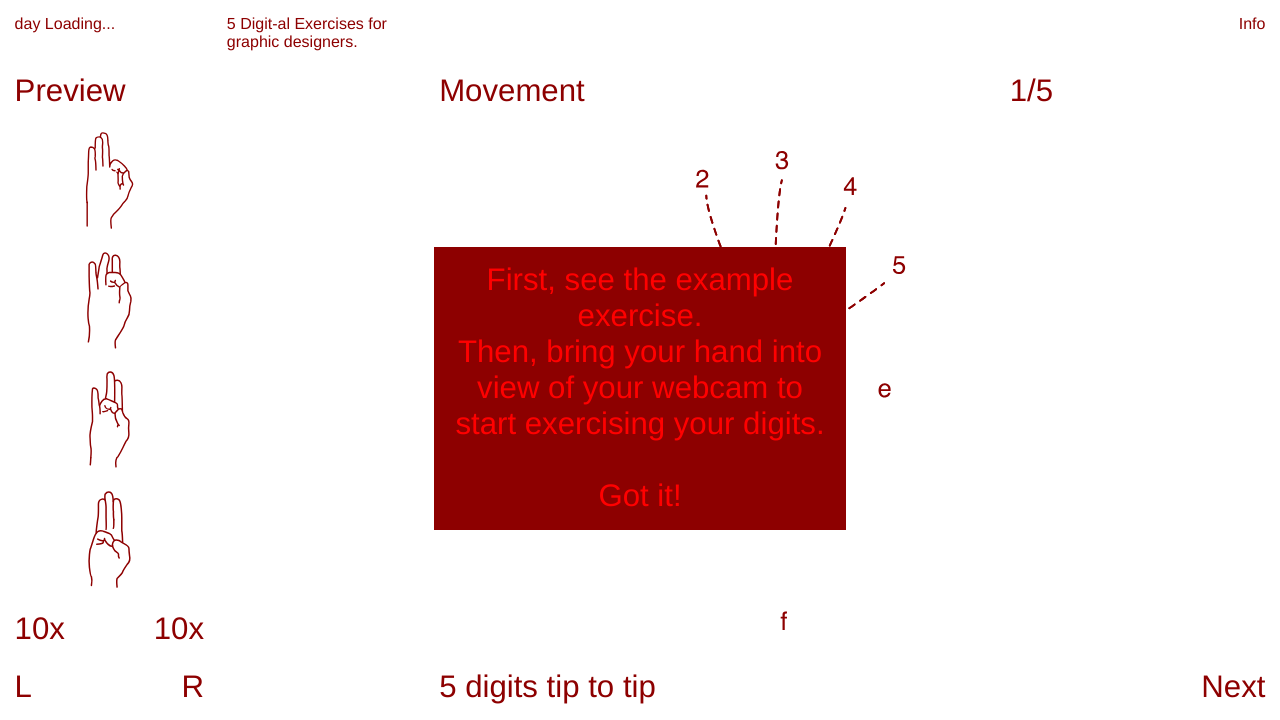
Repository: NoIdeasStudio/holiday-card-2024
Page: movements.html
These files come from the project's save history. The page is drawn as it stood at one moment and after the next save; the edit follows.
The browser window is 1280 px wide. The pictures show the whole page.

Above is the page before, as saved 2024-12-12 16:26:38.

### movements.html
<!DOCTYPE html>
<html lang="en">
<head>
    <meta charset="UTF-8">
    <meta name="viewport" content="width=device-width, initial-scale=1.0">
    <title>digit-al exercises</title>
    <link rel="stylesheet" href="style.css">
</head>
<body>

    <div class="wrapper">



        <!-- landmarks -->
        <div id="wrist-div-0" class="landmark-div large-text"></div>
        <div id="mcp-div-0-0" class="landmark-div large-text"></div>
        <div id="mcp-div-0-1" class="landmark-div large-text"></div>
        <div id="mcp-div-0-2" class="landmark-div large-text"></div>
        <div id="mcp-div-0-3" class="landmark-div large-text"></div>
        <div id="mcp-div-0-4" class="landmark-div large-text"></div>
        <div id="mcp-div-0-5" class="landmark-div large-text"></div>
        <div id="tip-div-0-0" class="landmark-div large-text"></div>
        <div id="tip-div-0-1" class="landmark-div large-text"></div>
        <div id="tip-div-0-2" class="landmark-div large-text"></div>
        <div id="tip-div-0-3" class="landmark-div large-text"></div>
        <div id="tip-div-0-4" class="landmark-div large-text"></div>
        <div id="tip-div-0-5" class="landmark-div large-text"></div>
        <div id="wrist-div-1" class="landmark-div large-text"></div>
        <div id="mcp-div-1-0" class="landmark-div large-text"></div>
        <div id="mcp-div-1-1" class="landmark-div large-text"></div>
        <div id="mcp-div-1-2" class="landmark-div large-text"></div>
        <div id="mcp-div-1-3" class="landmark-div large-text"></div>
        <div id="mcp-div-1-4" class="landmark-div large-text"></div>
        <div id="mcp-div-1-5" class="landmark-div large-text"></div>
        <div id="tip-div-1-0" class="landmark-div large-text"></div>
        <div id="tip-div-1-1" class="landmark-div large-text"></div>
        <div id="tip-div-1-2" class="landmark-div large-text"></div>
        <div id="tip-div-1-3" class="landmark-div large-text"></div>
        <div id="tip-div-1-4" class="landmark-div large-text"></div>
        <div id="tip-div-1-5" class="landmark-div large-text"></div>

        <div class="large-text-light popup">First, see the example exercise. <br> Then, bring your hand into view of your webcam to start exercising your digits. <br><br><span id="got-it">Got it!</span></div>

        <header class="small-text header-1">day <span id="day-counter">Loading...</span></header>
        <header class="small-text header-2">5 Digit-al Exercises for graphic designers.</header>
        <header class="small-text header-3"><a href="./info.html">Info</a></header>

        <!-- Preview, illustrations of the exercises -->
        <content class="large-text content-header-1">Preview</content>
                <div class="img-1"><img src="./Svgs/exercise-1-1.svg" alt="touch thumb to index" height="100%" width="100%" /></div>
                <div class="img-2"><img src="./Svgs/exercise-1-2.svg" alt="touch thumb to middle" height="100%" width="100%" /></div>
                <div class="img-3"><img src="./Svgs/exercise-1-3.svg" alt="touch thumb to ring" height="100%" width="100%" /></div>
                <div class="img-4"><img src="./Svgs/exercise-1-4.svg" alt="touch thumb to pinky" height="100%" width="100%" /></div>

        <footer class="large-text content-footer-1">10x 10x</footer>

        <footer class="large-text content-footer-2">L R</footer>

        <!-- Movement, videos of the movement -->
        <content class="large-text content-header-2"><a href="http://">Movement</a></content>
                <div class="movement-video"> <img src="./Svgs/movement-1.svg" alt="touch thumb to index" height="100%" width="100%" /></div>
        <content class="large-text content-header-3">1/5</content>



        <footer class="large-text content-footer-3">5 digits tip to tip</footer>
        <footer class="large-text content-footer-4"><a href="./exercise-2.html">Next</a></footer>

    </div>

</body>

</html>

### style.css

* {
    box-sizing: border-box;
    color: #8D0000;
    margin: 0%;
    padding: 0%;
  }
  body{
    background-color: transparent;
  }
  .wrapper {
    height: 100vh;
    width: 100vw;
    position: fixed;
    margin: 0 auto;
    display: grid;
    grid-template-columns: repeat(6, [col-start] 4fr);
    grid-template-rows: repeat(16, [row-start] 4fr);
    gap: .8rem;
    padding: .6rem;

  }

  .back{
    background-color: #FF0000;
    width: 100vw;
    height: 100vh;
    z-index: -3;
  }

  /* all the landmarks */

  .landmark-div {
    position: absolute;
    transform: translate(-50%, -50%); /* Center the div at the wrist position */
  }

  .wrapper > * {
    padding: 5px;
  }

  .popup{
    /* position: fixed; */
    position: absolute;
    background-color: #8D0000;
    text-align: center;
    justify-content: center;
    grid-column: col-start 3 / span 2;
    padding: .5em;
    grid-row: 6;
  }
  #got-it{
    color: #FF0000;
  }

  .large-text{
    font: 1.95em Helvetica, arial, sans-serif;
  }
  .large-text-light{
    font: 1.95em Helvetica, arial, sans-serif;
    color: #FF0000;
  }
  .small-text{
    font: 1em Helvetica, arial, sans-serif;
  }
  a{
    text-decoration: none;
  }
  a:hover{
    text-decoration: underline dashed ;
    text-underline-offset: .15em;
  }

  span{
    text-decoration: none;
  }
  span:hover{
    text-decoration: underline dashed ;
    text-underline-offset: .15em;
  }

  .header-1{
    grid-column: col-start 1 / span 1;
    grid-row: 1 / 1;
  }
  .header-2{
    grid-column: col-start 2 / span 1;
    grid-row: 1 / 1;
  }
  .header-3{
    grid-column: col-start 6 / span 1;
    grid-row: 1 / 1;
    text-align: right;
  }

    /* Preview */
    .content-header-1{
        grid-column: col-start 1 / span 1;
        grid-row: 2 ;
    }
            .img-1{
                grid-column: col-start 1 / span 1;
                grid-row: 3 / 6;
            }
            .img-2{
                grid-column: col-start 1 / span 1;
                grid-row: 6/ 9;
            }
            .img-3{
                grid-column: col-start 1 / span 1;
                grid-row: 9 / 12;
            }
            .img-4{
                grid-column: col-start 1 / span 1;
                grid-row: 12 / 15;
            }

/* Movement */
  .content-header-2{
    grid-column: col-start 3 / span 2;
    grid-row: 2 ;
    display: block;
  }
  .content-header-2-mobile{
    grid-column: col-start 3 / span 2;
    grid-row: 2 ;
    display: none;
  }
            .movement-video{
                background-color: transparent;
                grid-column: col-start 3 / span 3;
                grid-row: 3 / 16 ;
            }

            .content-info{
                grid-column: col-start 3 / span 3;
                grid-row: 3 / 16 ;
            }

  .content-header-3{
    grid-column: col-start 5 / span 1;
    grid-row: 2 ;
    text-align: right;
    z-index: 2;
  }

            canvas {
                width: 100vw;  /* Set width to 100% of the viewport width */
                height: 120vh; /* Set height to 100% of the viewport height */
                position: fixed;
                margin: 0%;
                padding: 0em;
                left: 0em;
                top: 0em;
                z-index: -2;
             }
            video{
                display: none;
            }


  .content-header-4{
    grid-column: col-start 6 / span 1;
    grid-row: 2 ;
    text-align: right;
    display: block;
  }
  .content-header-4-mobile{
    grid-column: col-start 6 / span 1;
    grid-row: 2 ;
    text-align: right;
    display: none;
  }

  .content-footer-1{
    grid-column: col-start 1 / span 1;
    grid-row: 15 ;
    text-align-last: justify;
    vertical-align: bottom;
  }
  .content-footer-2{
    grid-column: col-start 1 / span 1;
    grid-row: 16 ;
    text-align-last: justify;
    vertical-align: bottom;
  }
  .content-footer-3{
    grid-column: col-start 3 / span 2;
    grid-row: 16 ;
  }
  .content-footer-4{
    grid-column: col-start 5 / span 2;
    grid-row: 16 ;
    text-align: right;
  }

  .content-footer-4b{
    grid-column: col-start 5 / span 2;
    grid-row: 16 ;
    text-align: right;
  }



  @media (max-width: 1070px) {

    .wrapper {
        height: 100vh;
        width: 100vw;
        position: fixed;
        margin: 0 auto;
        display: grid;
        grid-template-columns: repeat(6, [col-start] 4fr);
        grid-template-rows: repeat(16, [row-start] 4fr);
        gap: 0rem;
        padding: .6rem;
      }

      .popup{
        /* position: fixed; */
        position: absolute;
        background-color: #8D0000;
        text-align: center;
        justify-content: center;
        grid-column: col-start 2 / span 4;
        padding: .5em;
        grid-row: 4 / 6;
      }

      .header-1{
        grid-column: col-start 1 / span 2;
        grid-row: 1 / 1;
      }

      .header-2{
        grid-column: col-start 3 / span 3;
        grid-row: 1 / 1;
      }

      .header-3{
        grid-column: col-start 6 / span 1;
        grid-row: 1 / 1;
        text-align: right;
      }

    /* Preview */
    .content-header-1{
        grid-column: col-start 2 / span 4;
        grid-row: 13 / 16 ;
        display: none;
    }
            .img-1{
                grid-column: col-start 2 / span 1;
                grid-row: 14 / 16;
                vertical-align: bottom;
                margin-top: 3%;
            }
            .img-2{
                grid-column: col-start 3 / span 1;
                grid-row: 14 / 16;
                vertical-align: bottom;
                margin-top: 3%;
            }
            .img-3{
                grid-column: col-start 4 / span 1;
                grid-row: 14 / 16;
                margin-top: 3%;
                vertical-align: bottom;
            }
            .img-4{
                grid-column: col-start 5 / span 1;
                grid-row: 14 / 16;
                vertical-align: bottom;
                margin-top: 3%;
            }

.content-header-2{
    display: none;
}
.content-header-2-mobile{
    grid-column: col-start 1 / span 2;
    grid-row: 2 ;
    display: block;
  }
        .movement-video{
            background-color: transparent;
            grid-column: col-start 1 / span 6;
            grid-row: 2 / 14 ;
        }

        .content-info{
            grid-column: col-start 1 / span 6;
            grid-row: 3 / 15 ;
        }

 .content-header-3{
    grid-column: col-start 1 / span 1;
    grid-row: 2 ;
    text-align: left;
    z-index: 2;
 }

                        canvas {
                            width: 100vw;  /* Set width to 100% of the viewport width */
                            height: 100vh; /* Set height to 100% of the viewport height */
                            position: fixed;
                            margin: 0%;
                            padding: 0em;
                            left: 0em;
                            top: 0em;
                            z-index: -2;
                         }
                        video{
                            display: none;
                        }


  .content-header-4{
    display: none;
  }

  .content-header-4-mobile{
    grid-column: col-start 6 / span 1;
    grid-row: 2 ;
    text-align: right;
    display: block;
  }

  .content-footer-1{
    grid-column: col-start 1 / span 6;
    grid-row: 15 ;
    text-align-last: justify;
    vertical-align: bottom;
  }
  .content-footer-2{
    grid-column: col-start 1 / span 6;
    grid-row: 16 ;
    text-align-last: justify;
    vertical-align: bottom;
  }
  .content-footer-3{
    display: none;
  }
  .content-footer-4{
    grid-column: col-start 5 / span 2;
    grid-row: 2 ;
    text-align: right;
  }

  .content-footer-4b{
    grid-column: col-start 5 / span 2;
    grid-row: 12 ;
    text-align: right;
  }

  }

After the next save:
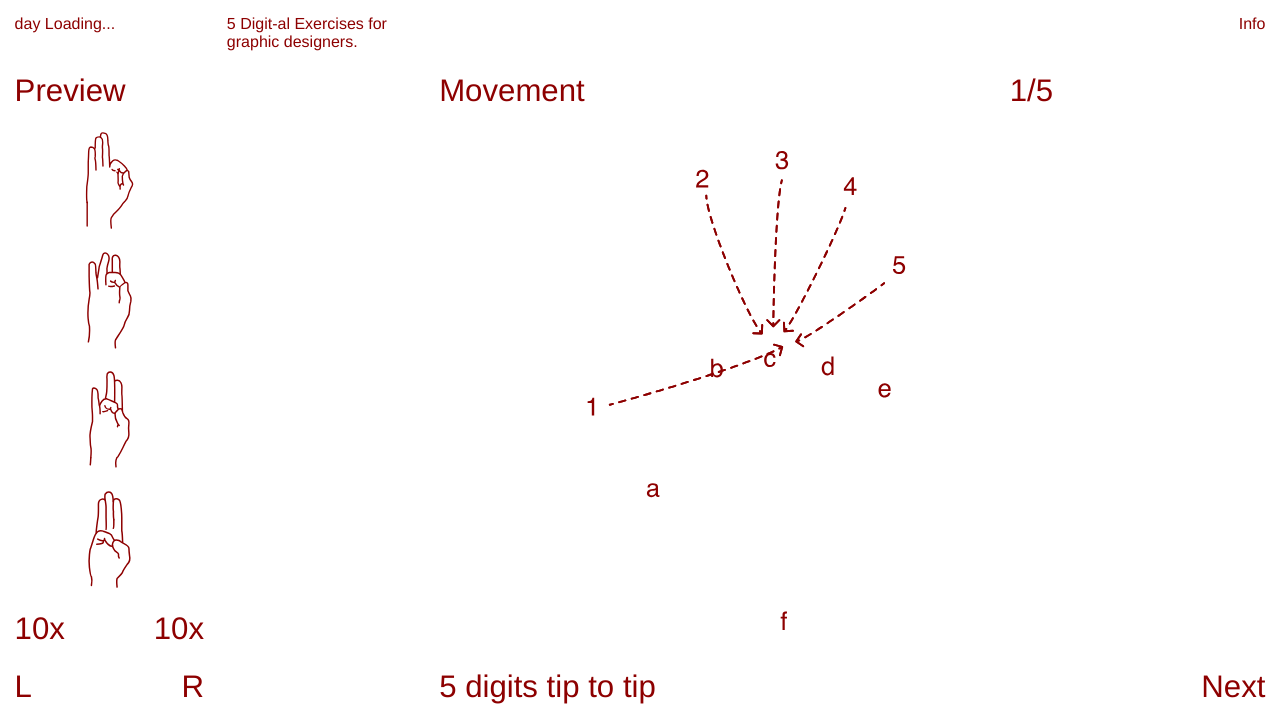
Saved 14 s later.
--- a/movements.html
+++ b/movements.html
@@ -10,37 +10,6 @@
 
     <div class="wrapper">
 
-
-
-        <!-- landmarks -->
-        <div id="wrist-div-0" class="landmark-div large-text"></div>
-        <div id="mcp-div-0-0" class="landmark-div large-text"></div>
-        <div id="mcp-div-0-1" class="landmark-div large-text"></div>
-        <div id="mcp-div-0-2" class="landmark-div large-text"></div>
-        <div id="mcp-div-0-3" class="landmark-div large-text"></div>
-        <div id="mcp-div-0-4" class="landmark-div large-text"></div>
-        <div id="mcp-div-0-5" class="landmark-div large-text"></div>
-        <div id="tip-div-0-0" class="landmark-div large-text"></div>
-        <div id="tip-div-0-1" class="landmark-div large-text"></div>
-        <div id="tip-div-0-2" class="landmark-div large-text"></div>
-        <div id="tip-div-0-3" class="landmark-div large-text"></div>
-        <div id="tip-div-0-4" class="landmark-div large-text"></div>
-        <div id="tip-div-0-5" class="landmark-div large-text"></div>
-        <div id="wrist-div-1" class="landmark-div large-text"></div>
-        <div id="mcp-div-1-0" class="landmark-div large-text"></div>
-        <div id="mcp-div-1-1" class="landmark-div large-text"></div>
-        <div id="mcp-div-1-2" class="landmark-div large-text"></div>
-        <div id="mcp-div-1-3" class="landmark-div large-text"></div>
-        <div id="mcp-div-1-4" class="landmark-div large-text"></div>
-        <div id="mcp-div-1-5" class="landmark-div large-text"></div>
-        <div id="tip-div-1-0" class="landmark-div large-text"></div>
-        <div id="tip-div-1-1" class="landmark-div large-text"></div>
-        <div id="tip-div-1-2" class="landmark-div large-text"></div>
-        <div id="tip-div-1-3" class="landmark-div large-text"></div>
-        <div id="tip-div-1-4" class="landmark-div large-text"></div>
-        <div id="tip-div-1-5" class="landmark-div large-text"></div>
-
-        <div class="large-text-light popup">First, see the example exercise. <br> Then, bring your hand into view of your webcam to start exercising your digits. <br><br><span id="got-it">Got it!</span></div>
 
         <header class="small-text header-1">day <span id="day-counter">Loading...</span></header>
         <header class="small-text header-2">5 Digit-al Exercises for graphic designers.</header>

After the 2 saves that followed:
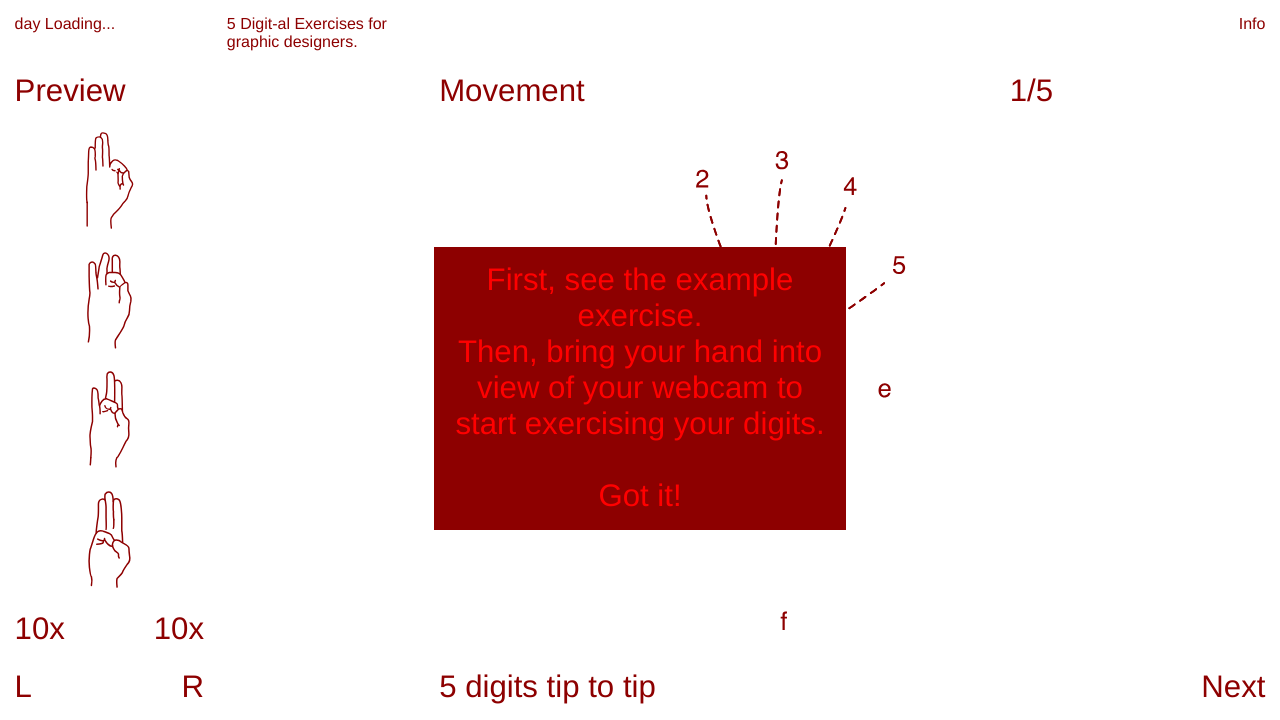
The 2 saves are shown as one change because they came seconds apart.
The last was saved 2 min 33 s later.
--- a/movements.html
+++ b/movements.html
@@ -10,6 +10,37 @@
 
     <div class="wrapper">
 
+
+
+        <!-- landmarks -->
+        <div id="wrist-div-0" class="landmark-div large-text"></div>
+        <div id="mcp-div-0-0" class="landmark-div large-text"></div>
+        <div id="mcp-div-0-1" class="landmark-div large-text"></div>
+        <div id="mcp-div-0-2" class="landmark-div large-text"></div>
+        <div id="mcp-div-0-3" class="landmark-div large-text"></div>
+        <div id="mcp-div-0-4" class="landmark-div large-text"></div>
+        <div id="mcp-div-0-5" class="landmark-div large-text"></div>
+        <div id="tip-div-0-0" class="landmark-div large-text"></div>
+        <div id="tip-div-0-1" class="landmark-div large-text"></div>
+        <div id="tip-div-0-2" class="landmark-div large-text"></div>
+        <div id="tip-div-0-3" class="landmark-div large-text"></div>
+        <div id="tip-div-0-4" class="landmark-div large-text"></div>
+        <div id="tip-div-0-5" class="landmark-div large-text"></div>
+        <div id="wrist-div-1" class="landmark-div large-text"></div>
+        <div id="mcp-div-1-0" class="landmark-div large-text"></div>
+        <div id="mcp-div-1-1" class="landmark-div large-text"></div>
+        <div id="mcp-div-1-2" class="landmark-div large-text"></div>
+        <div id="mcp-div-1-3" class="landmark-div large-text"></div>
+        <div id="mcp-div-1-4" class="landmark-div large-text"></div>
+        <div id="mcp-div-1-5" class="landmark-div large-text"></div>
+        <div id="tip-div-1-0" class="landmark-div large-text"></div>
+        <div id="tip-div-1-1" class="landmark-div large-text"></div>
+        <div id="tip-div-1-2" class="landmark-div large-text"></div>
+        <div id="tip-div-1-3" class="landmark-div large-text"></div>
+        <div id="tip-div-1-4" class="landmark-div large-text"></div>
+        <div id="tip-div-1-5" class="landmark-div large-text"></div>
+
+        <div class="large-text-light popup">First, see the example exercise. <br> Then, bring your hand into view of your webcam to start exercising your digits. <br><br><span id="got-it">Got it!</span></div>
 
         <header class="small-text header-1">day <span id="day-counter">Loading...</span></header>
         <header class="small-text header-2">5 Digit-al Exercises for graphic designers.</header>
